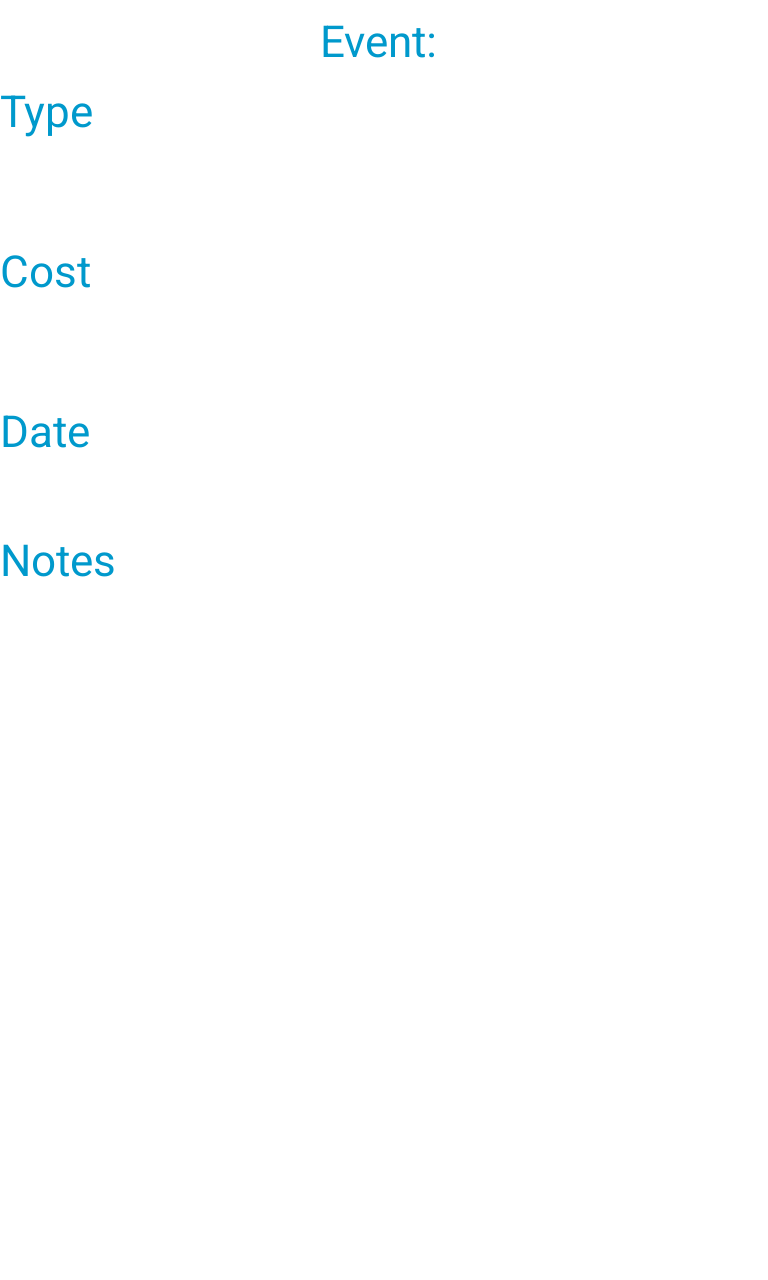
Repository: jpdias/timeinmoney
Layout: TimeInMoney/res/layout/activity_single.xml
These files come from the project's save history. The layout is drawn as it stood at one moment and after the next save; the edit follows.
It is drawn on a 768 x 1280 px phone screen (xhdpi) without system bars, with theme AppTheme; the app's code is not run.

Above is the layout before, as saved 2013-06-23 13:48:22.

### TimeInMoney/res/layout/activity_single.xml
<?xml version="1.0" encoding="utf-8"?>
<ScrollView xmlns:android="http://schemas.android.com/apk/res/android"
    android:layout_width="match_parent"
    android:layout_height="match_parent" >

    <LinearLayout
        android:layout_width="match_parent"
        android:layout_height="match_parent"
        android:orientation="vertical" >

    <TextView
        android:id="@+id/Name_Label"
      android:layout_width="match_parent"
        android:layout_height="40dp"
        android:gravity="center_vertical|center_horizontal"
        android:text="Event: "
        android:textAppearance="?android:attr/textAppearanceLarge"
        android:textColor="#0099CC" />

    <TextView
        android:id="@+id/Type_label"
         android:layout_width="match_parent"
        android:layout_height="40dp"
        android:text="Type"
        android:textAppearance="?android:attr/textAppearanceLarge"
        android:textColor="#0099CC" />

    <TextView
        android:id="@+id/Type_Label"
         android:layout_width="match_parent"
        android:layout_height="40dp"
        android:textAppearance="?android:attr/textAppearanceMedium"
        android:textColor="#0099CC" />

    <TextView
        android:id="@+id/Cost_Field"
        android:layout_width="match_parent"
        android:layout_height="40dp"
        android:text="Cost"
        android:textAppearance="?android:attr/textAppearanceLarge"
        android:textColor="#0099CC" />

    <TextView
        android:id="@+id/Cost_Label"
        android:layout_width="match_parent"
        android:layout_height="40dp"
        android:textAppearance="?android:attr/textAppearanceMedium"
        android:textColor="#0099CC" />

    <TextView
        android:id="@+id/DateLabel"
       android:layout_width="match_parent"
        android:layout_height="40dp"
        android:text="Date"
        android:textAppearance="?android:attr/textAppearanceLarge"
        android:textColor="#0099CC" />
     <TextView
        android:id="@+id/Date_Label"
        android:layout_width="wrap_content"
        android:layout_height="wrap_content"
        android:textAppearance="?android:attr/textAppearanceMedium"
        android:textColor="#0099CC" />

    <TextView
        android:id="@+id/Notes_Label"
       android:layout_width="match_parent"
        android:layout_height="40dp"
        android:text="Notes"
        android:textAppearance="?android:attr/textAppearanceLarge"
        android:textColor="#0099CC" />

    <TextView
        android:id="@+id/Notes_Field"
        android:layout_width="match_parent"
        android:layout_height="108dp"
        android:textAppearance="?android:attr/textAppearanceMedium"
        android:textColor="#0099CC" />

      />


    </LinearLayout>
</ScrollView>

Loaded but not shown: TimeInMoney/res/values/styles.xml (common file); TimeInMoney/res/values-v11/styles.xml (common file); TimeInMoney/res/values-v14/styles.xml (common file)

After the next save:
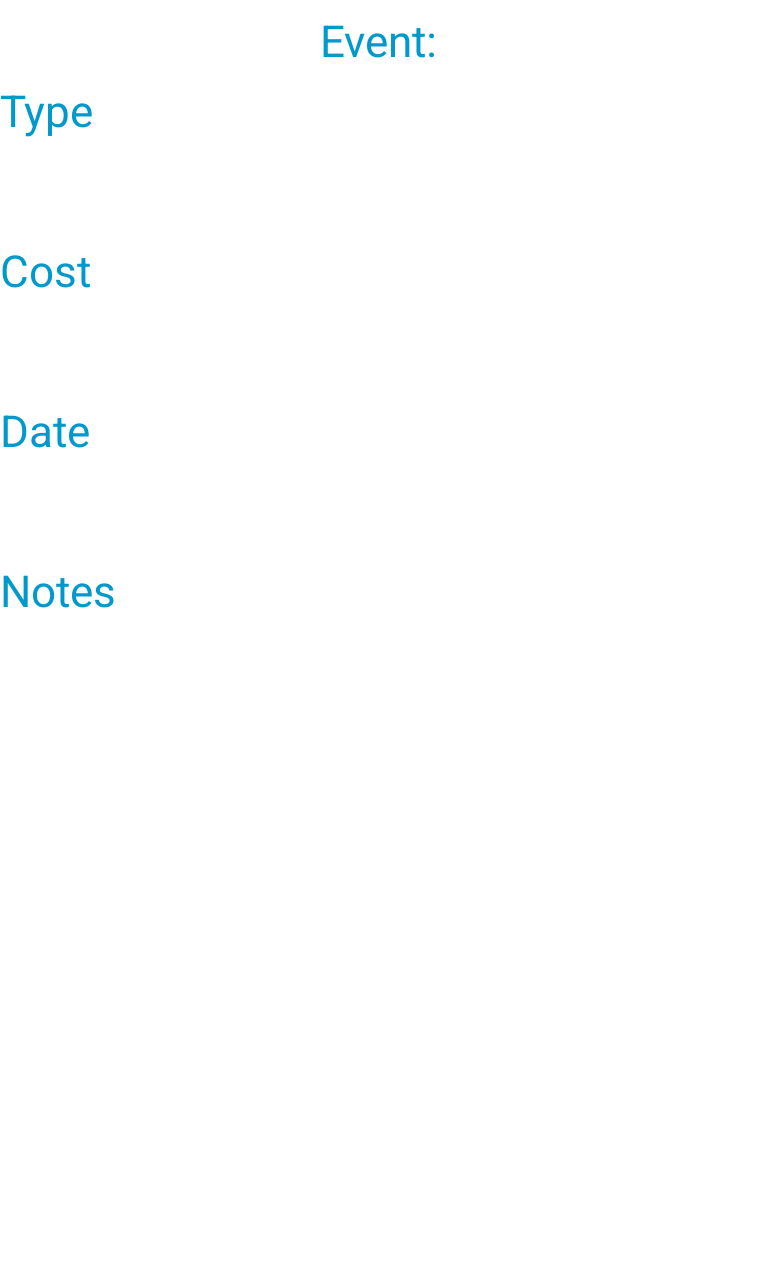
Saved 31 s later.
--- a/TimeInMoney/res/layout/activity_single.xml
+++ b/TimeInMoney/res/layout/activity_single.xml
@@ -56,8 +56,8 @@
         android:textColor="#0099CC" />
      <TextView
         android:id="@+id/Date_Label"
-        android:layout_width="wrap_content"
-        android:layout_height="wrap_content"
+         android:layout_width="match_parent"
+        android:layout_height="40dp"
         android:textAppearance="?android:attr/textAppearanceMedium"
         android:textColor="#0099CC" />
 
